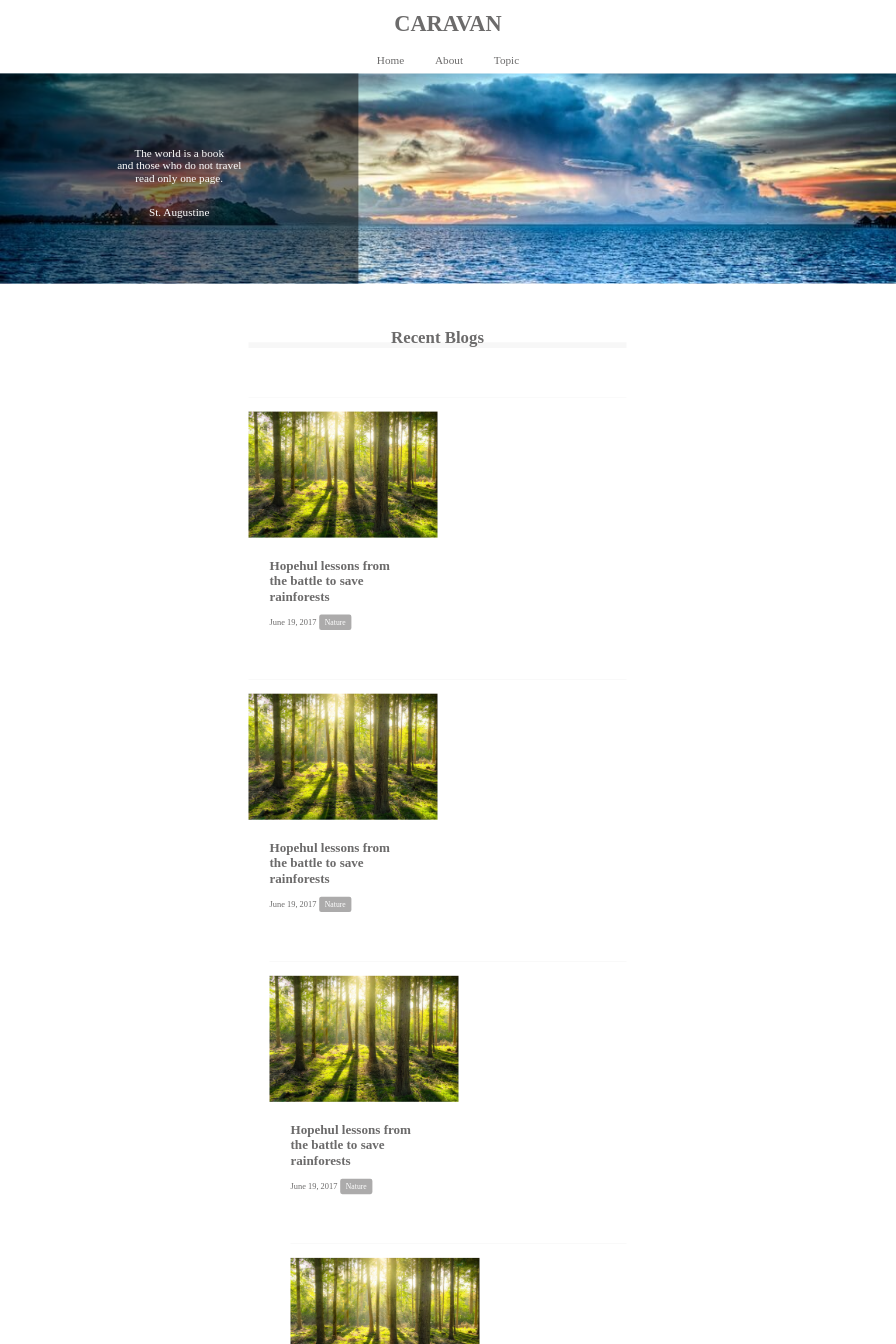
Repository: tttstk518/git-practice
Page: caravan/index.html
The author's editor kept a record of every edit. The page is drawn from the files as they stood at one moment, then again after the next edit.
The browser window is 1280 px wide. The pictures show the part of the page from y = 0 to 1920 px (the page is 2600 px tall), at 70% of full size.

Above is the page before.

After the next edit:
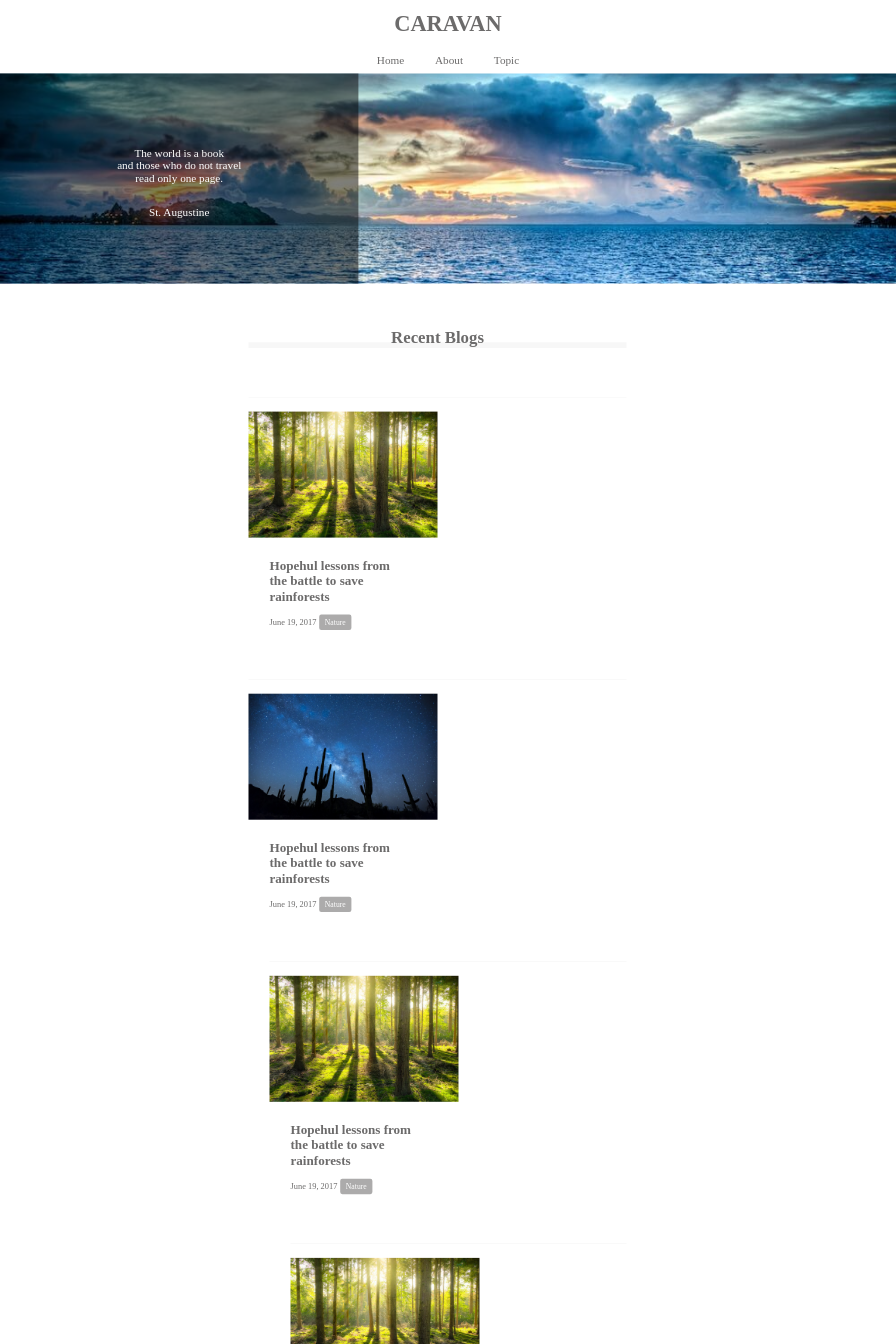
The edit:
--- a/caravan/index.html
+++ b/caravan/index.html
@@ -73,7 +73,7 @@
 
     <div class="blog-box"></div>
      <div class="blog-item"></div>
-      <img class="blog-image" src="img/forest.jpg">
+      <img class="blog-image" src="img/desert.jpg">
       <section class="blog-text">
        <h3 class="blog-text-heading">
 
